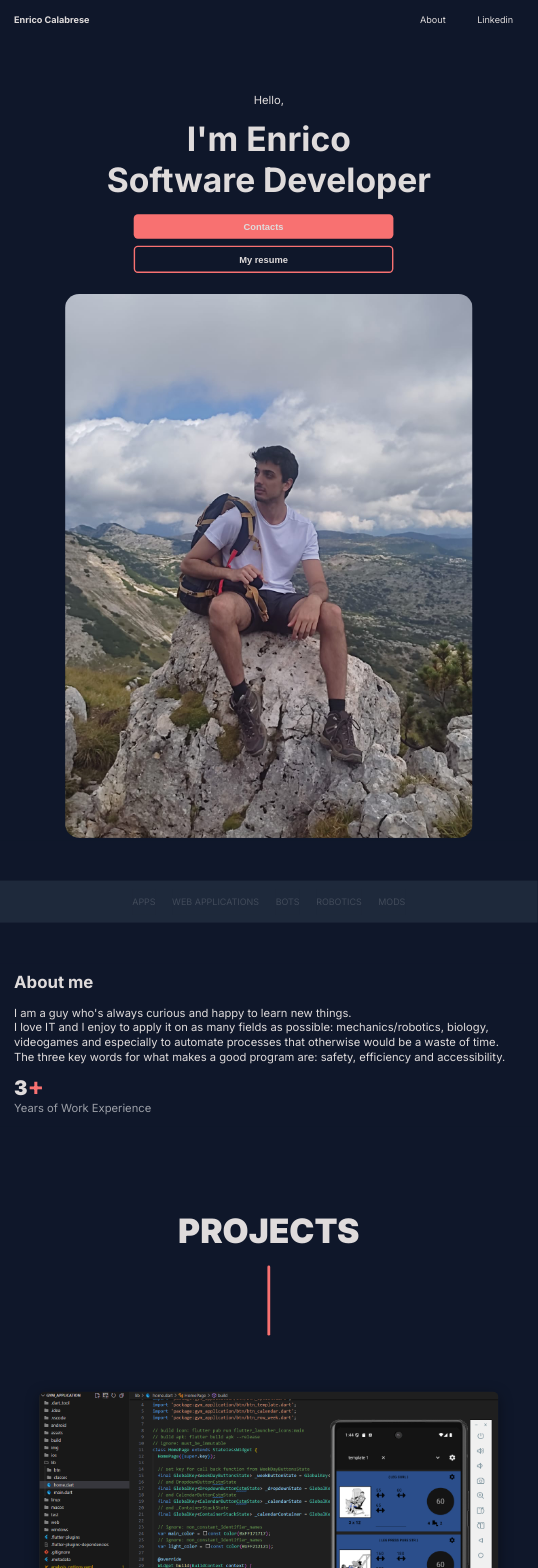
Repository: EnricoCalabrese/EnricoCalabrese.github.io
Page: index.html
These files come from the project's save history. The page is drawn as it stood at one moment and after the next save; the edit follows.
The browser window is 768 px wide. The pictures show the part of the page from y = 0 to 2240 px (the page is 6115 px tall before and 6119 px after), at 70% of full size.

Above is the page before, as saved 2025-07-26 09:23:59.

After the next save:
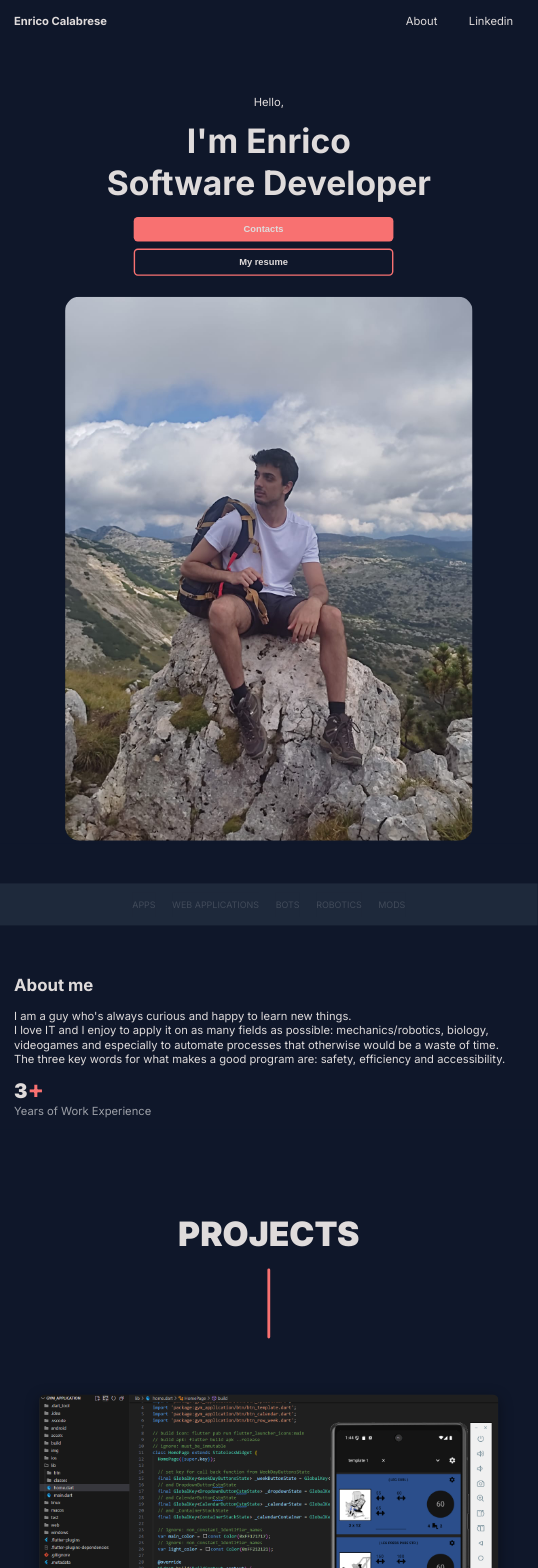
Saved 5 s later.
--- a/index.html
+++ b/index.html
@@ -382,7 +382,7 @@
         flex-wrap: wrap;
         gap: var(--space-sm);
         justify-content: space-between;
-        font-size: small;
+        font-size: medium;
       }
 
       .shortcuts {
